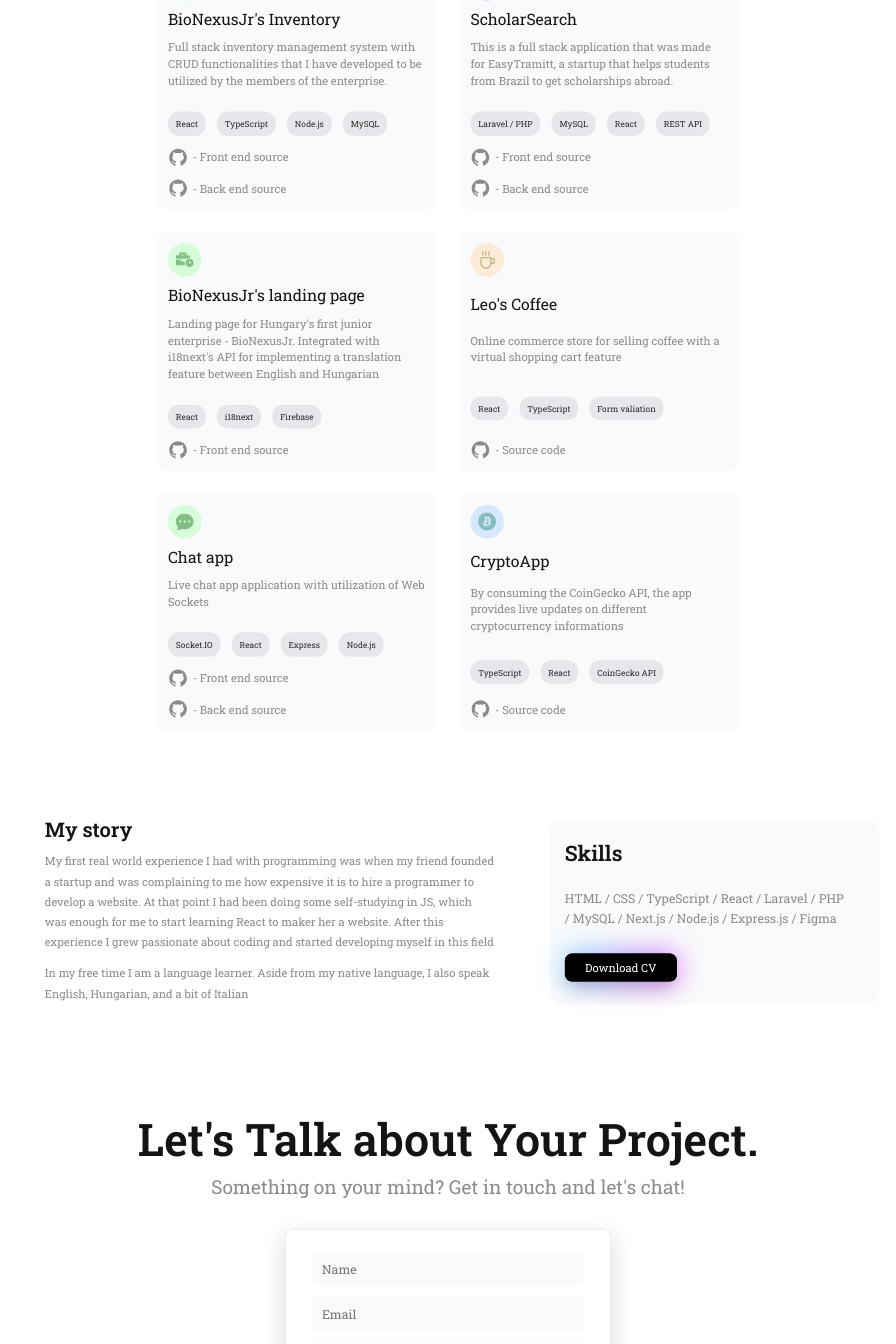
Repository: Leoka2000/portfolio-final
Page: /
These files come from the project's save history. The page is drawn as it stood at one moment and after the next save; the edit follows.
The browser window is 1280 px wide. The pictures show the part of the page from y = 745 to 2665 px (the page is 2958 px tall), at 70% of full size.
The page's requests for data from a server got no answer. Some web fonts or font styles are not loaded; a fallback is used. The project was rebuilt for these pictures with package versions that can differ from the ones it lists, and the page was loaded fresh each time. No one was signed in, and anything a server would have sent is missing. Also part of the build but not shown: src/App.css. Imported but missing from the stored project, and not drawn on this page: src/assets/BioNexus.mp4, src/assets/LeoCV.pdf, src/assets/ScholarSearch.mp4, src/assets/chat-app.mp4.

Above is the page before, as saved 2023-05-29 18:22:23.

After the next save:
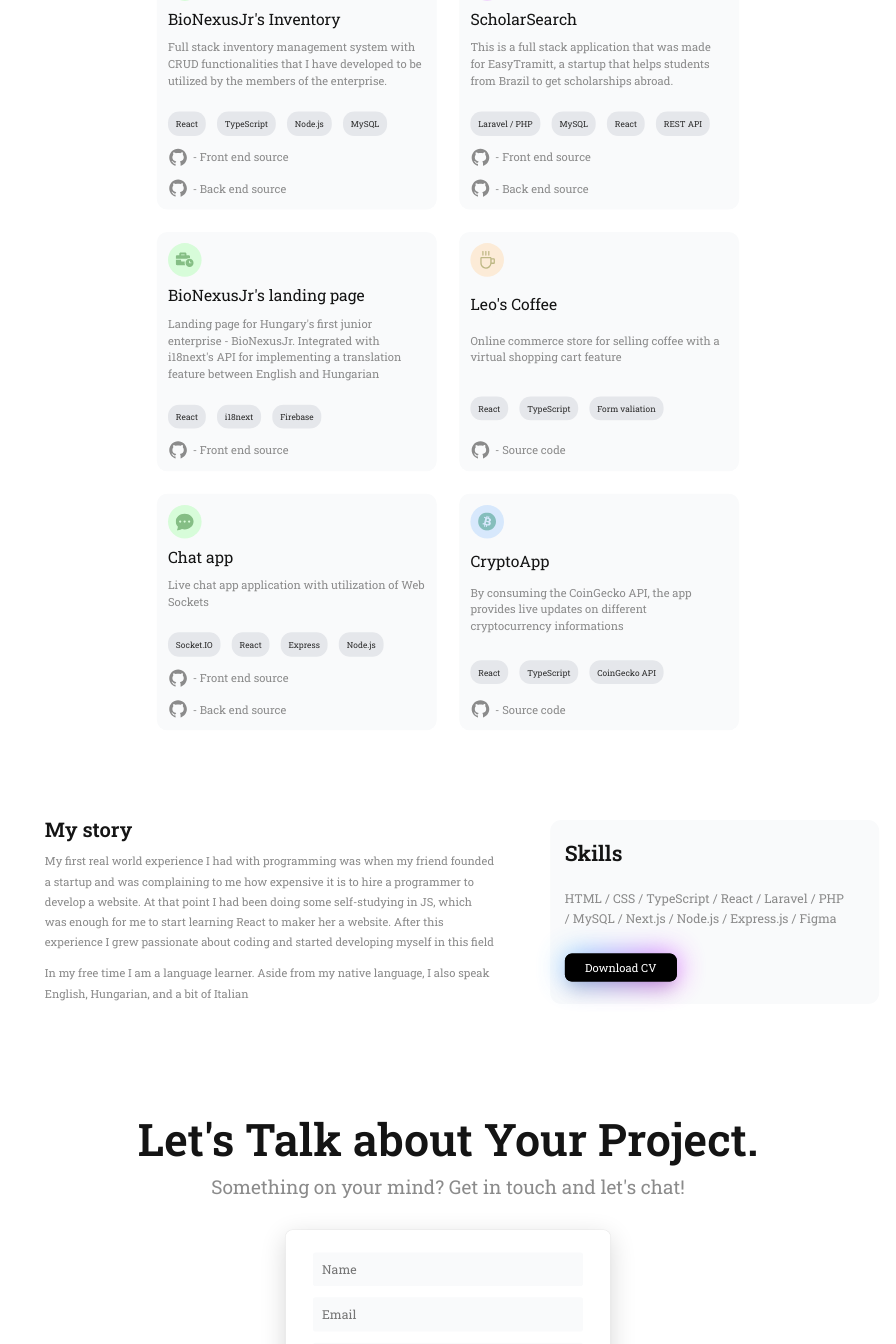
Saved 9 s later.
--- a/src/pages/main/work/projects/cryptoapp/index.jsx
+++ b/src/pages/main/work/projects/cryptoapp/index.jsx
@@ -9,11 +9,11 @@ const index = () => {
       <h1>CryptoApp</h1>
       <p>By consuming the CoinGecko API, the app provides live updates on different cryptocurrency informations</p>
       <div className='key-wrapper'>
+      <span>React</span>
       <span>TypeScript</span>
-      <span>React</span>
         <span>CoinGecko API</span>
       </div>
-      <a href='https://github.com/Leoka2000/CryptoApp'><AiFillGithub/><p id='hover'>- Source code</p></a>
+      <a target='_blank' href='https://github.com/Leoka2000/CryptoApp'><AiFillGithub/><p id='hover'>- Source code</p></a>
     </a>
   )
 }
